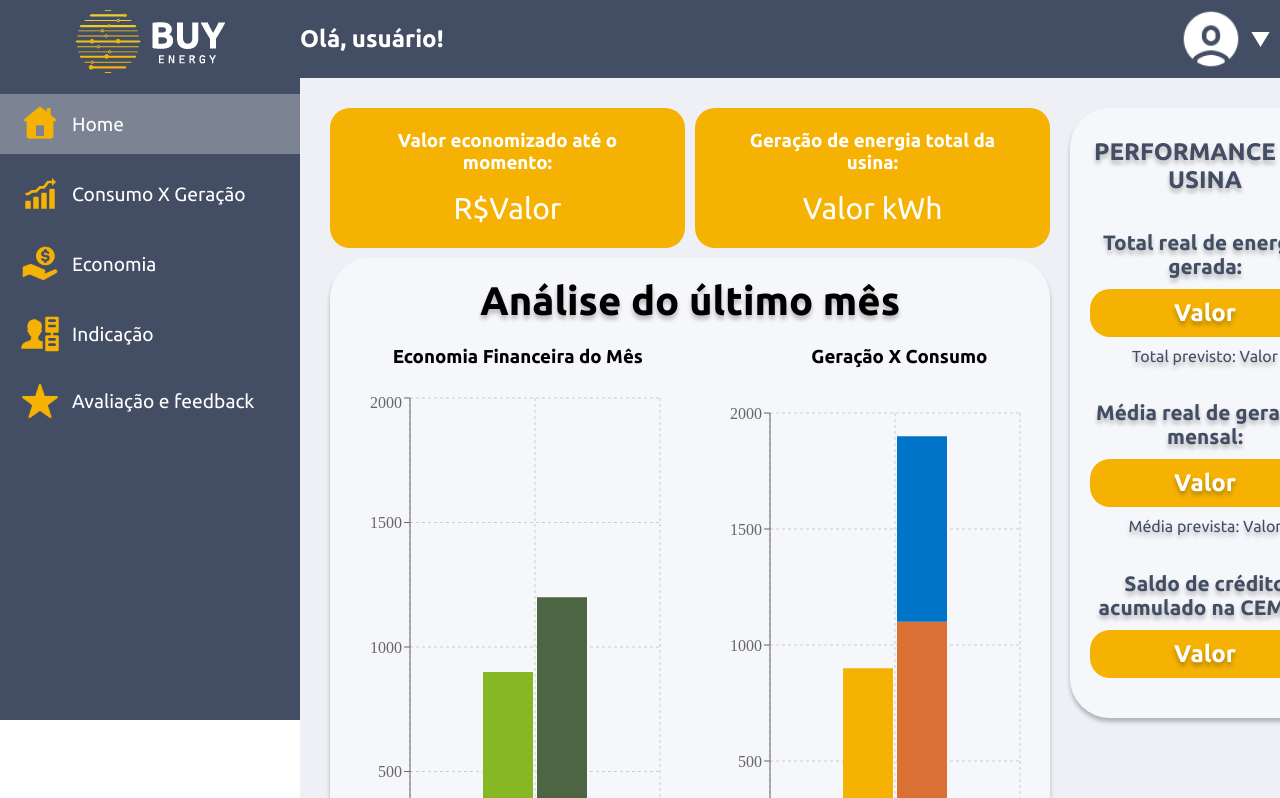
Repository: wolwerr/buyenergy-frontend
Page: /
An editor plug-in stored every save of this project. The page is shown before and after the next save, followed by the edit.
The browser window is 1280 px wide. The pictures show the whole page.
An inner scrolling area shows only its first screen. The project was rebuilt for these pictures with package versions that can differ from the ones it lists, and the page was loaded fresh each time. Also part of the build but not shown: src/pages/indicacao/IndicacaoStyle.js, src/pages/indicacao/IndicacaoPage.jsx, src/pages/feedback/FeedbackStyle.js, src/pages/feedback/Feedback.jsx, src/pages/login/LoginStyle.js, src/pages/login/LoginPage.jsx, src/pages/economia/EconomiaStyle.js, src/pages/economia/EconomiaPage.jsx and 10 more.

Above is the page before, as saved 2022-10-31 15:33:47.

### public/index.html
<!DOCTYPE html>
<html lang="en">
  <head>
    <meta charset="utf-8" />
    <link rel="icon" href="%PUBLIC_URL%/favicon.ico" />
    <meta name="viewport" content="width=device-width, initial-scale=1" />
    <meta name="theme-color" content="#000000" />
    <meta
      name="description"
      content="Web site created using create-react-app"
    />
    <link rel="apple-touch-icon" href="%PUBLIC_URL%/logo192.png" />
    <!--
      manifest.json provides metadata used when your web app is installed on a
      user's mobile device or desktop. See https://developers.google.com/web/fundamentals/web-app-manifest/
    -->
    <link rel="manifest" href="%PUBLIC_URL%/manifest.json" />
    <!--
      Notice the use of %PUBLIC_URL% in the tags above.
      It will be replaced with the URL of the `public` folder during the build.
      Only files inside the `public` folder can be referenced from the HTML.

      Unlike "/favicon.ico" or "favicon.ico", "%PUBLIC_URL%/favicon.ico" will
      work correctly both with client-side routing and a non-root public URL.
      Learn how to configure a non-root public URL by running `npm run build`.
    -->
    <link rel="stylesheet" href="style.css">
    <link rel="preconnect" href="https://fonts.googleapis.com">
    <link rel="preconnect" href="https://fonts.gstatic.com" crossorigin>
    <link href="https://fonts.googleapis.com/css2?family=Ubuntu:ital,wght@0,400;0,500;0,700;1,400;1,500;1,700&display=swap" rel="stylesheet">
    <title>Buy Energy App MVP</title>
  </head>
  <body>
    <noscript>You need to enable JavaScript to run this app.</noscript>
    <div id="root"></div>
    <!--
      This HTML file is a template.
      If you open it directly in the browser, you will see an empty page.

      You can add webfonts, meta tags, or analytics to this file.
      The build step will place the bundled scripts into the <body> tag.

      To begin the development, run `npm start` or `yarn start`.
      To create a production bundle, use `npm run build` or `yarn build`.
    -->
  </body>
</html>

### src/App.js
import { BrowserRouter as Router, Route, Routes } from "react-router-dom";
import { AppCnt } from "./assets/styles/AppStyle";
import HomePage from "./pages/home/HomePage"
import IndicacaoPage from "./pages/indicacao/IndicacaoPage"
import Feedback from "./pages/feedback/Feedback"
import LoginPage from "./pages/login/LoginPage"
import Economia from "./pages/economia/EconomiaPage"
import ErrorPage from "./pages/error/ErrorPage";
import ConsumoXGeracaoPage from "./pages/consumoGeracao/ConsumoXGeracaoPage";

function App() {
  return (
    <AppCnt>
      <Router>
        <Routes>
          <Route index path="/" element={<HomePage />} />
          <Route path="/login" element={<LoginPage />} />
          <Route path="/consumo-e-geracao" element={<ConsumoXGeracaoPage />} />
          <Route path="/economia" element={<Economia />} />
          <Route path="/indicacao" element={<IndicacaoPage />} />
          <Route path="/feedback" element={<Feedback />} />
          <Route path="*" element={<ErrorPage />}/>
        </Routes>
      </Router>
    </AppCnt>
  );
}

export default App;

### src/assets/styles/AppStyle.js
import styled from "styled-components";

export const AppCnt = styled.div`
    display: flex;
    flex-direction: row;
`

### src/pages/home/HomePage.jsx
import Header from "../../layouts/header/Header";
import Main from "../../layouts/main/Main";
import {
  BotaoAmareloContainer,
  BotaoIndicacao,
  DivBarraLateral,
  Grafico,
  MainStyle,
} from "./HomePageStyle";
import ValorTotal from "../../components/home/ValorTotal";
import DadosPerformance from "../../components/home/DadosPerformance";
import NavMenu from "../../layouts/navMenu/NavMenu";
import GraficoEconomiaFinanceira from "../../components/home/GraficoEconomiaFinanceira";
import GraficoConsumoGeracao from "../../components/home/GraficoConsumoGeracao";

export default function HomePage({ userName = "usuário", value = "Valor" }) {
  return (
    <>
      <NavMenu page="home" />
      <Main>
        <MainStyle>
          <BotaoAmareloContainer>
            <ValorTotal
              title={`Valor economizado até o momento:`}
              description="R$"
              descriptionValue={value}
            />
            <ValorTotal
              title="Geração de energia total da usina:"
              description={value}
              descriptionValue=" kWh"
            />
          </BotaoAmareloContainer>
          <Grafico>
            <h1>Análise do último mês</h1>
            <div className="Tittle">
              <h3>Economia Financeira do Mês</h3>
              <h3>Geração X Consumo</h3>
            </div>
            <div className="divFlex">
              <GraficoEconomiaFinanceira />
              <GraficoConsumoGeracao />
            </div>
          </Grafico>
          <DivBarraLateral>
            <h1>Performance da Usina</h1>
            <DadosPerformance
              title="Total real de energia gerada:"
              value={value}
              description="Total previsto: "
              descriptionValue={value}
            />
            <DadosPerformance
              title="Média real de geração mensal:"
              value={value}
              description="Média prevista: "
              descriptionValue={value}
            />
            <DadosPerformance
              title="Saldo de crédito acumulado na CEMIG:"
              value={value}
              description=""
              descriptionValue=""
            />
          </DivBarraLateral>
          <BotaoIndicacao to="/indicacao">
            <p>Indique amigos e ganhe comissões nas vendas</p>
            <span>Saiba mais &gt;</span>
          </BotaoIndicacao>
        </MainStyle>
      </Main>
      <Header userName={userName} />
    </>
  );
}

### src/layouts/header/Header.jsx
import React, { useEffect, useState } from 'react'
import { HeaderCnt, HeaderIconsLeft, ProfileImg, ProfileOptIcon, ProfileOptions } from './HeaderStyle'
import ProfileIcon from '../../assets/images/icons/test-account.png'
import ProfileOptionsIcon from '../../assets/images/icons/triangulo-para-baixo.png'

export default function Header({
    userName = 'usuário',
    userProfilePhoto = ProfileIcon
}) {
  const [profileOptions, setprofileOptions] = useState(false)

  function toggleProfileOptions () {
    setprofileOptions(!profileOptions)
  }

  const [windowWidth, setWindowWidth] = useState(window.innerWidth)

  const detectSize = () => {
    setWindowWidth(window.innerWidth)
  }

  useEffect(() => {
    window.addEventListener('resize', detectSize)

    return () => {
      window.removeEventListener('resize', detectSize)
    }
  }, [windowWidth])

  return (
    <HeaderCnt windowWidth={`${windowWidth}`}>
        <p>Olá, {userName}!</p>
        <HeaderIconsLeft>
          <ProfileImg src={userProfilePhoto} alt="Foto do perfil do usuário" />
          <ProfileOptIcon row src={ProfileOptionsIcon} alt="" onClick={toggleProfileOptions} />
        </HeaderIconsLeft>
        {profileOptions &&
          <ProfileOptions>
            <p>Sair</p>
          </ProfileOptions>
        }
    </HeaderCnt>
  )
}

### src/layouts/main/Main.jsx
import { useEffect, useState } from 'react'
import { MainCnt } from './MainStyle'

export default function Main({ children }) {
  const [windowWidth, setWindowWidth] = useState(window.innerWidth)

  const detectSize = () => {
    setWindowWidth(window.innerWidth)
  }

  useEffect(() => {
    window.addEventListener('resize', detectSize)

    return () => {
      window.removeEventListener('resize', detectSize)
    }
  }, [windowWidth])

  return (
    <MainCnt windowWidth={`${windowWidth}`}>
        {children}
    </MainCnt>
  )
}

### src/pages/home/HomePageStyle.js
import styled from "styled-components";
import { Link } from "react-router-dom";

export const MainStyle = styled.div`
  // height: 80vh;
  margin: 50px;
  display: grid;
  grid-template-areas:
  "amarelo lateral"
  "grafico lateral"
  "grafico lateral"
  "grafico botaoIndicacao";
  grid-template-columns: 7fr 3fr;
  grid-template-rows: auto;
  grid-column-gap: 20px;
  grid-row-gap: 10px;
  align-content: space-between;

  @media(max-width: 1400px) {
    margin: 30px;
  }
`
/* inicio container lateral*/
export const DivBarraLateral = styled.div`
  grid-area: lateral;
  border-radius: 2.5em;
  background-color: rgba(255, 255, 255, 0.5);
  box-shadow: 0px 4px 4px rgba(0, 0, 0, 0.25);
  display: flex;
  flex-direction: column;
  justify-content: space-between;
  text-align: center;
  align-items: center;
  color: #434e65;
  text-shadow: 0px 4px 4px rgba(0, 0, 0, 0.25);
  font-family: Ubuntu;
  padding: 30px 20px;
  max-width: 300px;
  height: 700px;

  @media(max-width: 1400px) {
    height: 550px;
  }
  h1 {
    text-transform: uppercase;

    @media(max-width: 1400px) {
      font-size: 1.5rem;
    }
  }
  h2 {
    color: #434e65;
    margin-bottom: 10px;

    @media(max-width: 1400px) {
      font-size: 1.3rem;
    }
  }
  h3 {
    font-size: 1.5rem;
    background: #f5b203;
    border-radius: 20px;
    width: 220px;
    padding: 10px 5px;
    text-align: center;
    margin: auto;
    color: white;
    margin-bottom: 10px;
  }
`
export const BotaoAmareloContainer = styled.div`
  grid-area: amarelo;
  width: 100%;
  display: flex;
  gap: 10px;
  justify-content: center;
`
export const Grafico = styled.div`
  grid-area: grafico;
  place-content: center;
  color: #000000;
  border-radius: 40px;
  box-shadow: 0px 4px 4px rgba(0, 0, 0, 0.25);
  background-color: rgba(255, 255, 255, 0.5);
  width: 100%;
  padding-bottom: 20px;
  .divFlex {
    display: flex;
    width: 100%;
    height: 80vh;
  }
  .Tittle{
    display: flex;
    justify-content: center;
    gap: 22%;
    margin-bottom: 24px;
  }
  .Tittle h3 {
    font-size: 700 13px 'Ubuntu';
    line-height: 15px;
    padding: 5px;
    color: #000000;
  }
  h1 {
    padding: 20px 20px;
    text-align: center;
    font: 700 2.5rem 'Ubuntu';
    color: #000;
    text-shadow: 0px 4px 4px rgba(0, 0, 0, 0.25);

    @media(max-width: 1024px) {
       padding: 10px 10px;
    }
  }
`
export const BotaoIndicacao = styled(Link)`
  grid-area: botaoIndicacao;
  max-width: 300px;
  background: #434E65;
  border-radius: 20px;
  height: 110px;
  padding: 30px 20px;
  box-sizing: border-box;
  color: #fff;
  position: relative;

  @media(max-width: 1400px) {
    padding: 20px 20px;
  }

  p {
    font: 700 1.25rem/1.3 'Ubuntu';
    text-align: center;

    @media(max-width: 1400px) {
      font-size: 1.1rem;
    }
  }

  span {
    font: 500 0.8125rem 'Ubuntu';
    position: absolute;
    right: 30px;
    top: 90px;
    text-decoration: underline;

    @media(max-width: 1400px) {
      top: 75px;
    }
  }
`

### src/components/home/ValorTotal.jsx
import React from 'react'
import { BotaoAmarelo } from './ValorTotalStyle'

export default function ValorTotal({ title="Valor Gerado",description="R$",descriptionValue="valor descrito"}) {
  return (
    <BotaoAmarelo>
        <h3>{title}</h3>
        <p>{description}{descriptionValue}</p>
    </BotaoAmarelo>
  )
}

### src/components/home/DadosPerformance.jsx
import React from 'react'

export default function DadosPerformance({ title="Titulo",value="Valor",description="Previsto",descriptionValue="Valor"}) {
  return (
    <div>
        <h2>{title}</h2>
        <h3> {value}</h3>
        <p> <strong></strong>{description}{descriptionValue}</p>
    </div>
  )
}

### src/layouts/navMenu/NavMenu.jsx
import React from 'react'
import logo from '../../assets/images/logo_negativo.png'
import iconHome from '../../assets/images/icons/home-page.png'
import iconIndicacao from '../../assets/images/icons/4 - Indicação.png'
import iconGeracaoConsumo from '../../assets/images/icons/2 - Geração x Consumo.png'
import iconEconomia from '../../assets/images/icons/3 - Economia.png'
import iconFeedback from '../../assets/images/icons/star.png'
import { NavCnt, LogoImgLink, UlNavMenu, LiNavMenu, NavIconImg, LiSpan, LinkNav, } from './NavMenuStyle'

export default function NavMenu({ page="" }) {

  return (
    <NavCnt>
      <div>
        <LogoImgLink  to="/">
            <img src={logo} alt="" />
        </LogoImgLink>
        <UlNavMenu>
            <LiNavMenu>
              <LinkNav to="/" active={page === "home" ? "active"  : ""}>
                <NavIconImg src={iconHome} alt=''/>
                <LiSpan active={page === "home" ? "active"  : ""}>Home</LiSpan>
              </LinkNav>
            </LiNavMenu>
            <LiNavMenu>
              <LinkNav to="/consumo-e-geracao" active={page === "consumoGeracao" ? "active"  : ""}>
                <NavIconImg src={iconGeracaoConsumo} alt=''/>
                <LiSpan active={page === "indicacao" ? "active"  : ""}>Consumo X Geração</LiSpan>
              </LinkNav>
            </LiNavMenu>
            <LiNavMenu>
              <LinkNav to="/economia" active={page === "economia" ? "active"  : ""}>
                <NavIconImg src={iconEconomia} alt=''/>
                <LiSpan active={page === "indicacao" ? "active"  : ""}>Economia</LiSpan>
              </LinkNav>
            </LiNavMenu>
            <LiNavMenu>
              <LinkNav to="/indicacao" active={page === "indicacao" ? "active"  : ""}>
                <NavIconImg src={iconIndicacao} alt=''/>
                <LiSpan active={page === "indicacao" ? "active"  : ""}>Indicação</LiSpan>
              </LinkNav>
            </LiNavMenu>
            <LiNavMenu>
              <LinkNav to="/feedback" active={page === "feedback" ? "active"  : ""}>
                <NavIconImg src={iconFeedback} alt=''/>
                <LiSpan active={page === "feedback" ? "active"  : ""}>Avaliação e feedback</LiSpan>
              </LinkNav>
            </LiNavMenu>
        </UlNavMenu>
      </div>
    </NavCnt>
  )
}

### src/components/home/GraficoEconomiaFinanceira.jsx
import React, { PureComponent } from 'react';
import { BarChart, Bar, Cell, XAxis, YAxis, CartesianGrid, Tooltip, Legend, ResponsiveContainer } from 'recharts';

const data = [
  {
    reais: 2000,
    name: 'maio/2022',
    "Com a usina você pagou": 900,
    "Sem a usina você pagaria": 1200,
  }
];

export default class GraficoEconomiaFinanceira extends PureComponent {
  static demoUrl = 'https://codesandbox.io/s/simple-bar-chart-tpz8r';

  render() {
    return (
      <ResponsiveContainer width="100%" height="100%">
        <BarChart
          width={500}
          height={300}
          data={data}
          margin={{
            top: 5,
            right: 30,
            left: 20,
            bottom: 5,
          }}
        >
          <CartesianGrid strokeDasharray="3 3" />
          <XAxis dataKey="name" />
          <YAxis dataKey="reais"/>
          <Tooltip />
          <Legend />
          <Bar dataKey="Com a usina você pagou" fill="#85B824" barSize={50}/>
          <Bar dataKey="Sem a usina você pagaria" fill="#4E6543" barSize={50}/>
        </BarChart>
      </ResponsiveContainer>
    );
  }
}

### src/components/home/GraficoConsumoGeracao.jsx
import React, { PureComponent } from 'react';
import { BarChart, Bar, Cell, XAxis, YAxis, CartesianGrid, Tooltip, Legend, ResponsiveContainer } from 'recharts';

const data = [
  {
    reais: 2000,
    name: 'maio/2022',
    "Sua geração total do mês": 900,
    "Energia consumida da sua Usina": 1100,
    "Energia consumida da CEMIG": 800,
  },
];

export default class GraficoConsumoGeracao extends PureComponent {
  static demoUrl = 'https://codesandbox.io/s/mixed-bar-chart-q4hgc';

  render() {
    return (
      <ResponsiveContainer width="100%" height="100%">
        <BarChart
          width={500}
          height={300}
          data={data}
          margin={{
            top: 20,
            right: 30,
            left: 20,
            bottom: 5,
          }}
        >
          <CartesianGrid strokeDasharray="3 3" />
          <XAxis dataKey="name" />
          <YAxis dataKey="reais" />
          <Tooltip />
          <Legend />
          <Bar dataKey="Sua geração total do mês" fill="#F5B203" barSize={50}/>
          <Bar dataKey="Energia consumida da sua Usina" stackId="a" fill="#DA7034" barSize={50}/>
          <Bar dataKey="Energia consumida da CEMIG" stackId="a" fill="#0074C9" barSize={50}/>
        </BarChart>
      </ResponsiveContainer>
    );
  }
}

### src/layouts/header/HeaderStyle.js
import styled from "styled-components";

export const HeaderCnt = styled.header`
    background-color: #434e65;
    position: fixed;
    top: 0px;
    left: 300px;
    padding: 5px 0;
    width: ${props => props.windowWidth - 300}px;
    display: flex;
    flex-flow: row nowrap;
    justify-content: space-between;
    align-items: center;

    p {
        font-size: 1.5em;
        color: white;
        font-weight: 700;
    }
`

export const HeaderIcon = styled.img`
    width: 100%;
    height: auto;
    max-width: 45px;
    margin-right: 10px;
`

export const ProfileImg = styled.img`
    width: 100%;
    height: auto;
    max-width: 60px;
    border-radius: 100px;
`

export const ProfileOptIcon = styled.img`
    width: 100%;
    height: auto;
    max-width: 20px;
    margin: 0 10px;
`

export const HeaderIconsLeft = styled.div`
    display: flex;
    flex-direction: row;
    align-items: center;
`

export const ProfileOptions = styled.div`
    background-color: #434e65;
    color: white;
    width: 100px;
    height: auto;
    position: absolute;
    top: 78px;
    right: 0px;
    border: 1px solid gray;
    text-transform: uppercase;
    border-radius: 10px;
    box-shadow: 0px 4px 4px rgba(0, 0, 0, 0.25);
    text-align: center;
    padding: 10px 0;
    margin: 0;
`

### src/layouts/main/MainStyle.js
import styled from "styled-components";
import backgroundImg from "../../assets/images/background.png"

export const MainCnt = styled.main`
    /* background-image: url(${backgroundImg});
    background-repeat: no-repeat;
    background-position: right top;
    background-size: cover; */
    // position: fixed;
    position: absolute;
    top: 78px;
    left: 300px;
    width: ${props => props.windowWidth - 300}px;
    height: 100%;
    background-color: rgb(238,240,245);
    overflow: auto;
`

### src/components/home/ValorTotalStyle.js
import styled from "styled-components";

export const BotaoAmarelo = styled.div`
  display: flex;
  flex-direction: column;
  align-items: center;
  justify-content: center;
  text-align: center;
  background-color: #f5b203;
  border-radius: 20px;
  width: 355px;
  height: 160px;
  font-size: 20px;
  color: white;
  margin: auto;

  @media(max-width: 1400px) {
    font-size: 16px;
    height: 140px;
  }

  h3 {
    font-family: 'Ubuntu';
    font-style: normal;
    text-align: center;
    padding: 0 30px;
  }

  p {
    font-size: 40px;
    font-family: ubuntu;
    font-style: bold;
    padding-top: 5%;

    @media(max-width: 1400px) {
      font-size: 30px;
    }
  }
`;

### src/layouts/navMenu/NavMenuStyle.js
import styled from "styled-components";
import { Link } from "react-router-dom";

export const NavCnt = styled.nav`
    background-color: #434e65;
    position: fixed;
    top: 0;
    left: 0;
    height: 100%;
    width: 300px;
    display: flex;
    flex-direction: column;
    justify-content: space-between;
    overflow: hidden;
`

export const LogoImgLink = styled(Link)`
    display: flex;

    img {
        text-align: center;
        margin: 10px auto;
    }
`

export const UlNavMenu = styled.ul`
    list-style: none;
    margin-block-start: 0;
    margin-block-end: 0;
    padding-inline-start: 0;
`

export const LiNavMenu = styled.li`
    color: white;
    margin: 10px 0;
`

export const NavIconImg = styled.img`
    max-width: 40px;
`

export const LiSpan = styled.span`
    margin-left: 12px;
    font-size: 1.2em;
`

export const LinkNav = styled(Link)`
    display: flex;
    align-items: center;
    background-color: ${props => props.active ? "rgba(255, 255, 255, 0.3)" : ""};
    padding: 10px 20px;

    &:link, &:visited, &:hover, &:active {
        color: white;
        text-decoration: none;
    }

    &:hover {
        font-weight: 900;
    }
`

export const BottomNavDiv = styled.div`
    margin: 10px;
`

export const PSpan = styled.span`
    font-family: 'Ubuntu';
    margin-left: 12px;
`

### public/style.css
body {
    margin: 0 auto;
}

p, li, h1, h2, h3, h4, h5, a {
    font-family: 'Ubuntu';
    margin: 0;
}

a {
    text-decoration: none;
}

Loaded but not shown: src/index.js (common file)

After the next save:
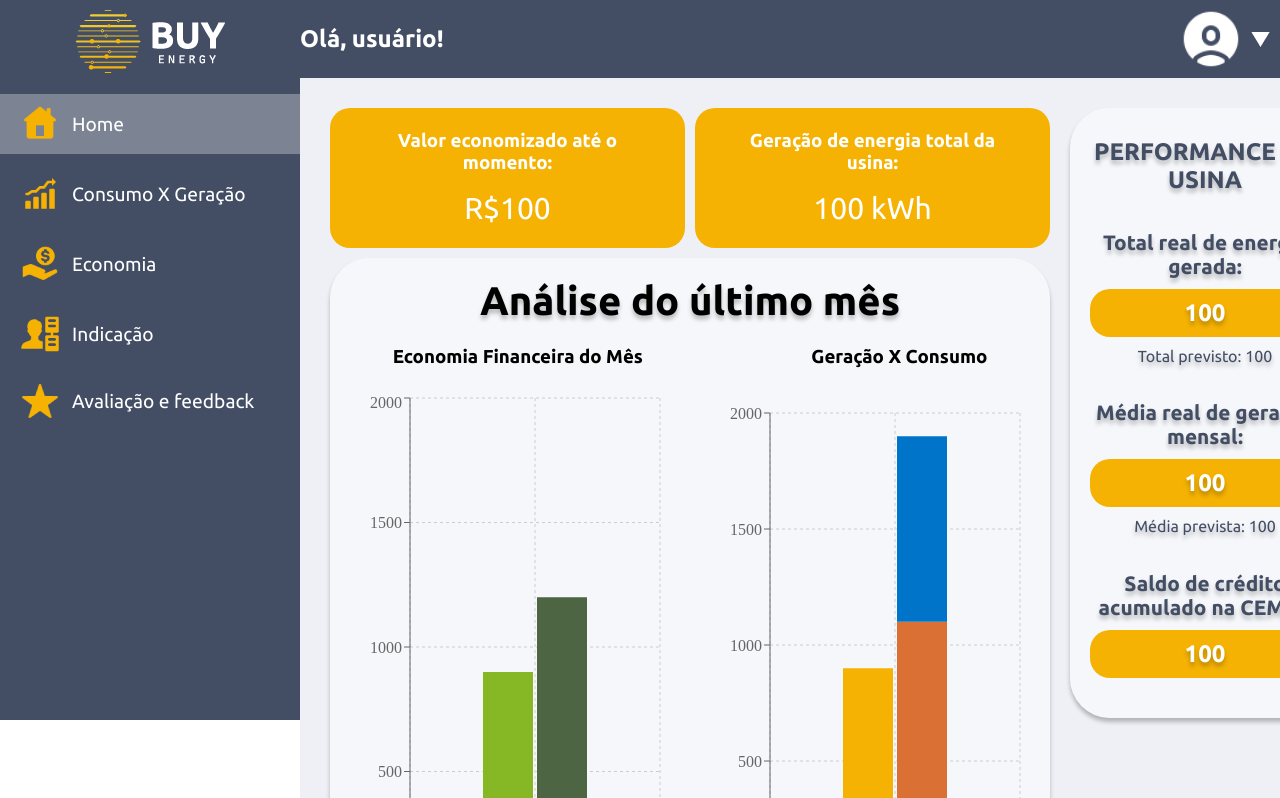
Saved 66 s later.
--- a/src/pages/home/HomePage.jsx
+++ b/src/pages/home/HomePage.jsx
@@ -23,7 +23,7 @@ export default function HomePage({ userName = "usuário", value = "Valor" }) {
             <ValorTotal
               title={`Valor economizado até o momento:`}
               description="R$"
-              descriptionValue={value}
+              descriptionValue={value=100}
             />
             <ValorTotal
               title="Geração de energia total da usina:"
